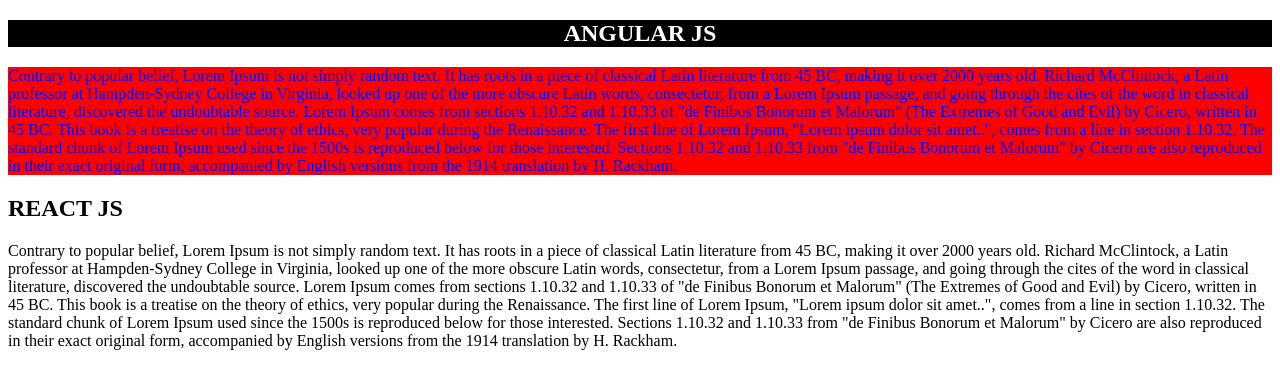
Repository: arindamslt/JEECoding
Page: JEE_FRONTEND/src/main/webapp/04IdValueCSS.html
These files come from the project's save history. The page is drawn as it stood at one moment and after the next save; the edit follows.
The browser window is 1280 px wide. The pictures show the whole page.

Above is the page before, as saved 2025-07-15 05:26:19.

### JEE_FRONTEND/src/main/webapp/04IdValueCSS.html
<!DOCTYPE html>
<html>
<head>
<meta charset="ISO-8859-1">
<title>ID VALUE</title>
<style>
	#fst{
		h2{
			background-color: black;
			color: white;
			text-align: center;
		}
		p{
			background-color: red;
			color: blue;
		}
	}
	#scnd{
		h2{
			background-color: yellow;
			color: black;
		}
		p{
			background-color: gray;
			color: red;
		}
	}
</style>
</head>
<body>
	<div id="fst">
<h2>ANGULAR JS</h2>
<p>Contrary to popular belief, Lorem Ipsum is not simply random text. It has roots in a piece of classical Latin literature from 45 BC, making it over 2000 years old. Richard McClintock, a Latin professor at Hampden-Sydney College in Virginia, looked up one of the more obscure Latin words, consectetur, from a Lorem Ipsum passage, and going through the cites of the word in classical literature, discovered the undoubtable source. Lorem Ipsum comes from sections 1.10.32 and 1.10.33 of "de Finibus Bonorum et Malorum" (The Extremes of Good and Evil) by Cicero, written in 45 BC. This book is a treatise on the theory of ethics, very popular during the Renaissance. The first line of Lorem Ipsum, "Lorem ipsum dolor sit amet..", comes from a line in section 1.10.32.

The standard chunk of Lorem Ipsum used since the 1500s is reproduced below for those interested. Sections 1.10.32 and 1.10.33 from "de Finibus Bonorum et Malorum" by Cicero are also reproduced in their exact original form, accompanied by English versions from the 1914 translation by H. Rackham.</p>
</div id="scnd">
<div>
	<h2>REACT JS</h2>
	<p>Contrary to popular belief, Lorem Ipsum is not simply random text. It has roots in a piece of classical Latin literature from 45 BC, making it over 2000 years old. Richard McClintock, a Latin professor at Hampden-Sydney College in Virginia, looked up one of the more obscure Latin words, consectetur, from a Lorem Ipsum passage, and going through the cites of the word in classical literature, discovered the undoubtable source. Lorem Ipsum comes from sections 1.10.32 and 1.10.33 of "de Finibus Bonorum et Malorum" (The Extremes of Good and Evil) by Cicero, written in 45 BC. This book is a treatise on the theory of ethics, very popular during the Renaissance. The first line of Lorem Ipsum, "Lorem ipsum dolor sit amet..", comes from a line in section 1.10.32.

The standard chunk of Lorem Ipsum used since the 1500s is reproduced below for those interested. Sections 1.10.32 and 1.10.33 from "de Finibus Bonorum et Malorum" by Cicero are also reproduced in their exact original form, accompanied by English versions from the 1914 translation by H. Rackham.</p>
</div>
</body>
</html>

After the next save:
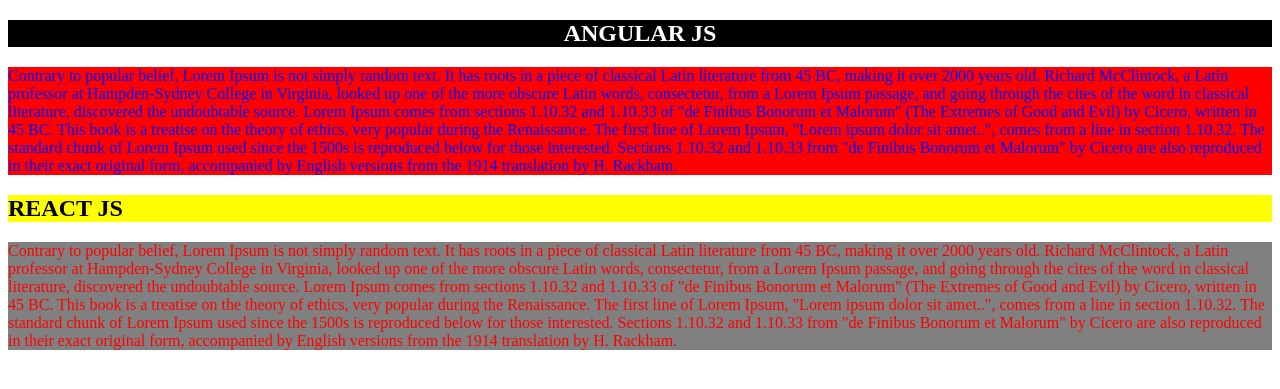
Saved 77 s later.
--- a/JEE_FRONTEND/src/main/webapp/04IdValueCSS.html
+++ b/JEE_FRONTEND/src/main/webapp/04IdValueCSS.html
@@ -33,8 +33,8 @@
 <p>Contrary to popular belief, Lorem Ipsum is not simply random text. It has roots in a piece of classical Latin literature from 45 BC, making it over 2000 years old. Richard McClintock, a Latin professor at Hampden-Sydney College in Virginia, looked up one of the more obscure Latin words, consectetur, from a Lorem Ipsum passage, and going through the cites of the word in classical literature, discovered the undoubtable source. Lorem Ipsum comes from sections 1.10.32 and 1.10.33 of "de Finibus Bonorum et Malorum" (The Extremes of Good and Evil) by Cicero, written in 45 BC. This book is a treatise on the theory of ethics, very popular during the Renaissance. The first line of Lorem Ipsum, "Lorem ipsum dolor sit amet..", comes from a line in section 1.10.32.
 
 The standard chunk of Lorem Ipsum used since the 1500s is reproduced below for those interested. Sections 1.10.32 and 1.10.33 from "de Finibus Bonorum et Malorum" by Cicero are also reproduced in their exact original form, accompanied by English versions from the 1914 translation by H. Rackham.</p>
-</div id="scnd">
-<div>
+</div >
+<div id="scnd">
 	<h2>REACT JS</h2>
 	<p>Contrary to popular belief, Lorem Ipsum is not simply random text. It has roots in a piece of classical Latin literature from 45 BC, making it over 2000 years old. Richard McClintock, a Latin professor at Hampden-Sydney College in Virginia, looked up one of the more obscure Latin words, consectetur, from a Lorem Ipsum passage, and going through the cites of the word in classical literature, discovered the undoubtable source. Lorem Ipsum comes from sections 1.10.32 and 1.10.33 of "de Finibus Bonorum et Malorum" (The Extremes of Good and Evil) by Cicero, written in 45 BC. This book is a treatise on the theory of ethics, very popular during the Renaissance. The first line of Lorem Ipsum, "Lorem ipsum dolor sit amet..", comes from a line in section 1.10.32.
 
